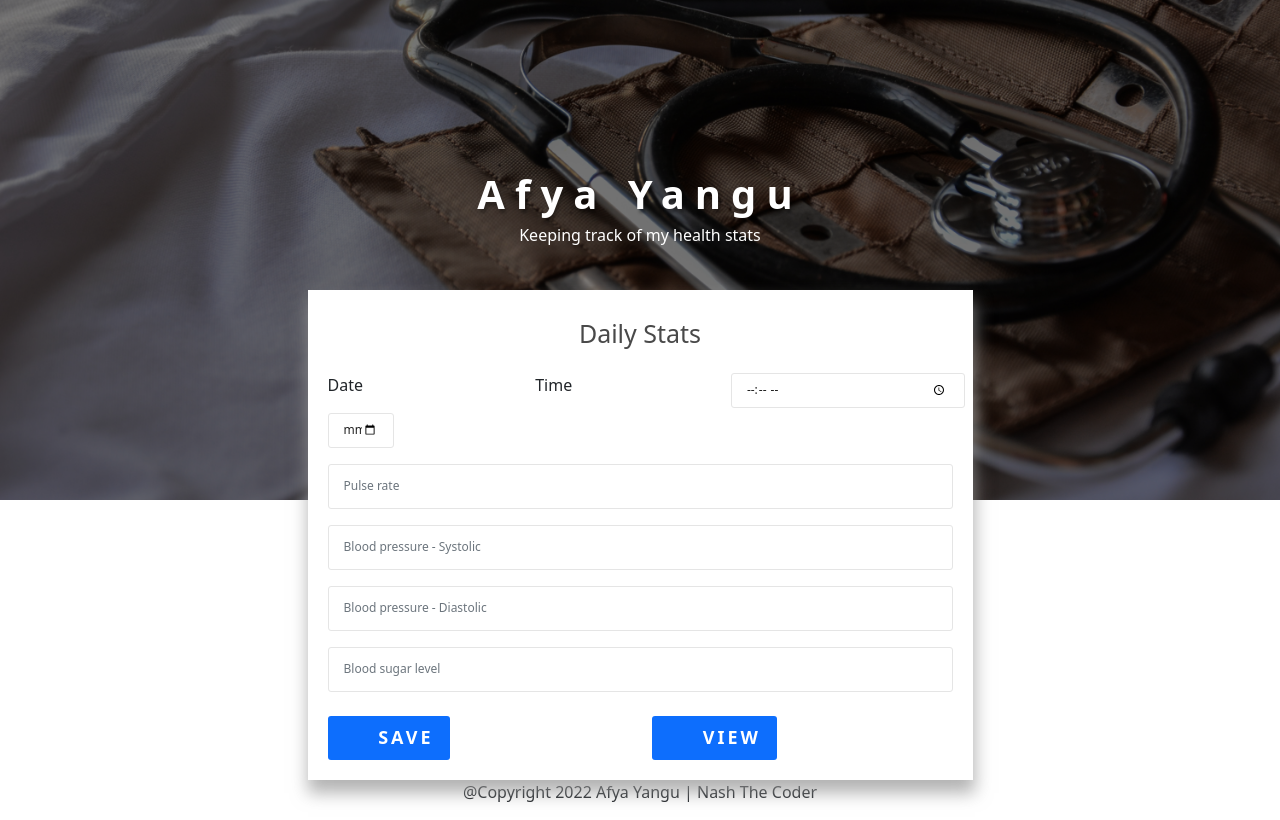
Repository: nashthecoder/afya_yangu
Page: /
These files come from the project's save history. The page is drawn as it stood at one moment and after a run of saves; the edit follows.
The browser window is 1280 px wide. The pictures show the whole page.
The project was rebuilt for these pictures with package versions that can differ from the ones it lists, and the page was loaded fresh each time.

Above is the page before, as saved 2022-02-27 16:31:14.

After the next 2 saves:
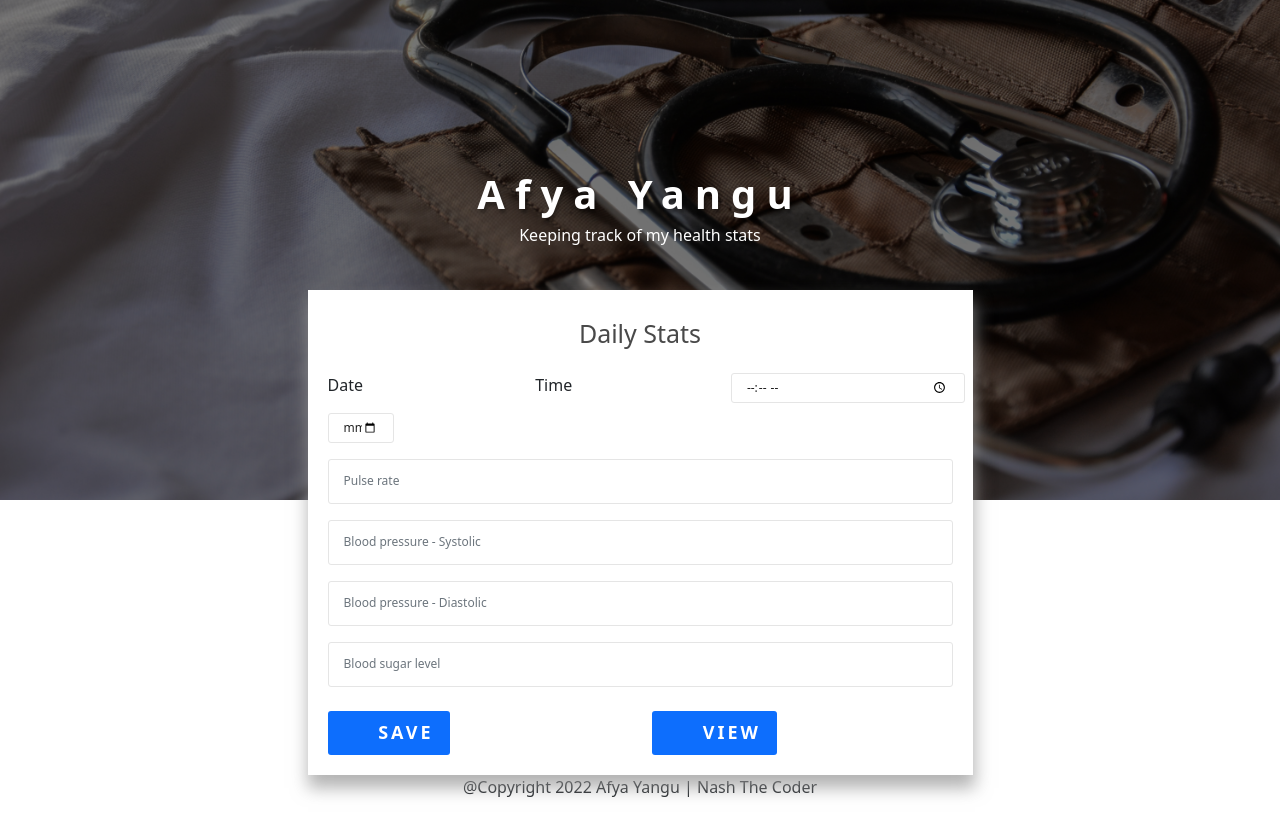
The 2 saves are shown as one change because they came seconds apart.
The last was saved 8 s later.
--- a/src/style.scss
+++ b/src/style.scss
@@ -59,7 +59,7 @@ input.form-control-short {
     background: $white;
     padding: 0 15px;
     width: 36%;
-    height: 35px;
+    height: 30px;
     line-height: 46px;
     outline: none;
     border: 1px solid #e5e5e5;
